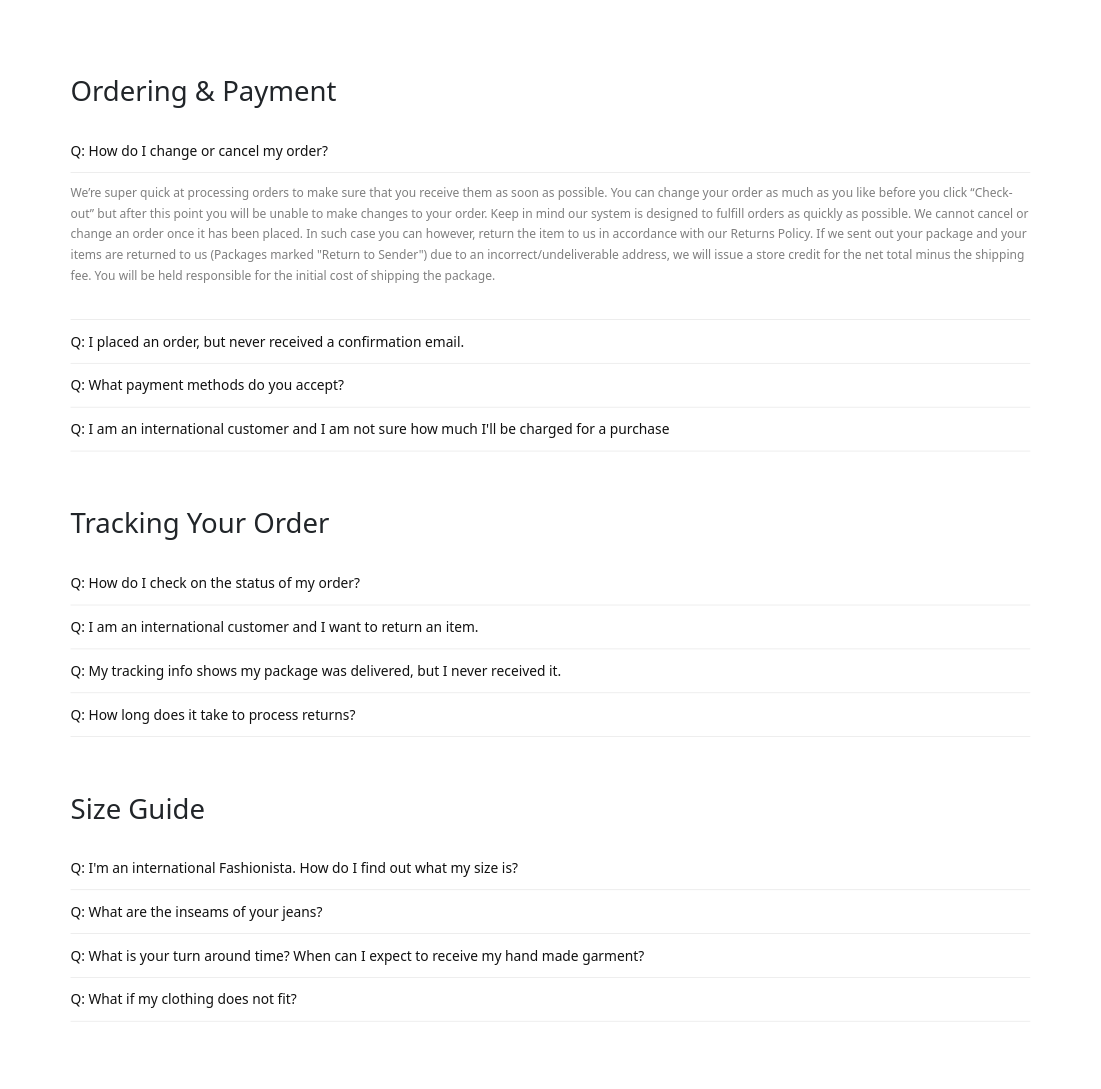
Repository: ST-United-Internship/Modaz-4life
Page: FaQ/FAQ.html
An editor plug-in stored every save of this project. The page is shown before and after the next save, followed by the edit.
The browser window is 1280 px wide. The pictures show the whole page, at 86% of full size.
After loading, the first visible `div.toggle-title` was clicked once.

Above is the page before, as saved 2023-03-22 16:21:03.

### FaQ/FAQ.html
<!DOCTYPE html>
<html lang="en">
<head>
    <meta charset="UTF-8">
    <meta http-equiv="X-UA-Compatible" content="IE=edge">
    <meta name="viewport" content="width=device-width, initial-scale=1.0">
    <link rel="stylesheet" type="text/css" href="FAQ.css" >
    <link href="https://cdn.jsdelivr.net/npm/bootstrap@5.3.0-alpha1/dist/css/bootstrap.min.css" rel="stylesheet" integrity="sha384-GLhlTQ8iRABdZLl6O3oVMWSktQOp6b7In1Zl3/Jr59b6EGGoI1aFkw7cmDA6j6gD" crossorigin="anonymous">
    <title>Document</title>
</head>
<body class="bodi header_sticky header-style-2 has-menu-extra">
   <!-- <div class="boxed">
    <div class="title-page textImg textImg1" style="background-position: 50% 89px;">
        <div class="container">
            <div class="row">
                <div class="col-md-12">
                    <div class="heading-page">
                    <h1 class="title">FAQ</h1>
                    </div>
                    <div class="breadcrumbs">
                    <ul>
                    <li><a href="index.html">Home</a></li>
                    <li><a href="coming-soon.html">Page</a></li>
                    <li><a href="faqs.html">Faq</a></li>
                    </ul>
                    </div>
                    </div>
            </div>
        </div>
    </div>
   </div>

</div> -->
    <div class="boxed">
        <section class="text-row">
            <div class="container">
                <div class="row">
                    <div class="col-md-12">
                        <div class="over-title">
                            <h2>Ordering & Payment</h2>
                        </div>
                        <div class="over-rise">
                            <div class="over-toggle">
                                <div class="toggle-title">Q: How do I change or cancel my order?</div>
                                <div class="toggle-text">
                                    <p>
                                    We’re super quick at processing orders to make sure that you receive them as soon as possible. You can change your order as much as you like before you click “Check- out” but after this point you will be unable to make changes to your order. Keep in mind our system is designed to fulfill orders as quickly as possible. We cannot cancel or change an order once it has been placed. In such case you can however, return the item to us in accordance with our Returns Policy. If we sent out your package and your items are returned to us (Packages marked "Return to Sender") due to an incorrect/undeliverable address, we will issue a store credit for the net total minus the shipping fee. You will be held responsible for the initial cost of shipping the package.
                                    </p>
                                    </div>
                            </div>
                            <div class="over-toggle">
                                <div class="toggle-title ">Q: I placed an order, but never received a confirmation email.</div>
                                <div class="toggle-text" style="display: block;">
                                    <p>
                                        We’re super quick at processing orders to make sure that you receive them as soon as possible. You can change your order as much as you like before you click “Check- out” but after this point you will be unable to make changes to your order. Keep in mind our system is designed to fulfill orders as quickly as possible. We cannot cancel or change an order once it has been placed. In such case you can however, return the item to us in accordance with our Returns Policy. If we sent out your package and your items are returned to us (Packages marked "Return to Sender") due to an incorrect/undeliverable address, we will issue a store credit for the net total minus the shipping fee. You will be held responsible for the initial cost of shipping the package.
                                    </p>
                                </div>
                            </div>
                            <div class="over-toggle">
                                <div class="toggle-title">Q: What payment methods do you accept?</div>
                                <div class="toggle-text" style="display: block;">
                                    <p>
                                        We’re super quick at processing orders to make sure that you receive them as soon as possible. You can change your order as much as you like before you click “Check- out” but after this point you will be unable to make changes to your order. Keep in mind our system is designed to fulfill orders as quickly as possible. We cannot cancel or change an order once it has been placed. In such case you can however, return the item to us in accordance with our Returns Policy. If we sent out your package and your items are returned to us (Packages marked "Return to Sender") due to an incorrect/undeliverable address, we will issue a store credit for the net total minus the shipping fee. You will be held responsible for the initial cost of shipping the package.
                                    </p>
                                </div>
                            </div>
                            <div class="over-toggle">
                                <div class="toggle-title ">Q: I am an international customer and I am not sure how much I'll be charged for a purchase</div>
                                <div class="toggle-text" style="display: block;">
                                    <p>
                                        We’re super quick at processing orders to make sure that you receive them as soon as possible. You can change your order as much as you like before you click “Check- out” but after this point you will be unable to make changes to your order. Keep in mind our system is designed to fulfill orders as quickly as possible. We cannot cancel or change an order once it has been placed. In such case you can however, return the item to us in accordance with our Returns Policy. If we sent out your package and your items are returned to us (Packages marked "Return to Sender") due to an incorrect/undeliverable address, we will issue a store credit for the net total minus the shipping fee. You will be held responsible for the initial cost of shipping the package.
                                    </p>
                                </div>
                            </div>
                        </div>
                    </div>
                </div>
                <div class="loaded"></div>
                <div class="row">
                    <div class="col-md-12">
                        <div class="over-title">
                            <h2>Tracking Your Order</h2>
                        </div>
                        <div class="over-rise">
                            <div class="over-toggle">
                                <div class="toggle-title ">Q: How do I check on the status of my order?</div>
                                <div class="toggle-text" style="display: block;">
                                    <p>
                                        We’re super quick at processing orders to make sure that you receive them as soon as possible. You can change your order as much as you like before you click “Check- out” but after this point you will be unable to make changes to your order. Keep in mind our system is designed to fulfill orders as quickly as possible. We cannot cancel or change an order once it has been placed. In such case you can however, return the item to us in accordance with our Returns Policy. If we sent out your package and your items are returned to us (Packages marked "Return to Sender") due to an incorrect/undeliverable address, we will issue a store credit for the net total minus the shipping fee. You will be held responsible for the initial cost of shipping the package.
                                    </p>
                                </div>
                            </div>
                            <div class="over-toggle">
                                <div class="toggle-title ">Q: I am an international customer and I want to return an item.</div>
                                <div class="toggle-text" style="display: block;">
                                    <p>
                                        We’re super quick at processing orders to make sure that you receive them as soon as possible. You can change your order as much as you like before you click “Check- out” but after this point you will be unable to make changes to your order. Keep in mind our system is designed to fulfill orders as quickly as possible. We cannot cancel or change an order once it has been placed. In such case you can however, return the item to us in accordance with our Returns Policy. If we sent out your package and your items are returned to us (Packages marked "Return to Sender") due to an incorrect/undeliverable address, we will issue a store credit for the net total minus the shipping fee. You will be held responsible for the initial cost of shipping the package.
                                    </p>
                                </div>
                            </div>
                            <div class="over-toggle">
                                <div class="toggle-title ">Q: My tracking info shows my package was delivered, but I never received it.</div>
                                <div class="toggle-text" style="display: block;">
                                    <p>
                                        We’re super quick at processing orders to make sure that you receive them as soon as possible. You can change your order as much as you like before you click “Check- out” but after this point you will be unable to make changes to your order. Keep in mind our system is designed to fulfill orders as quickly as possible. We cannot cancel or change an order once it has been placed. In such case you can however, return the item to us in accordance with our Returns Policy. If we sent out your package and your items are returned to us (Packages marked "Return to Sender") due to an incorrect/undeliverable address, we will issue a store credit for the net total minus the shipping fee. You will be held responsible for the initial cost of shipping the package.
                                    </p>
                                </div>
                            </div>
                            <div class="over-toggle">
                                <div class="toggle-title ">Q: How long does it take to process returns?</div>
                                <div class="toggle-text" style="display: block;">
                                    <p>
                                        We’re super quick at processing orders to make sure that you receive them as soon as possible. You can change your order as much as you like before you click “Check- out” but after this point you will be unable to make changes to your order. Keep in mind our system is designed to fulfill orders as quickly as possible. We cannot cancel or change an order once it has been placed. In such case you can however, return the item to us in accordance with our Returns Policy. If we sent out your package and your items are returned to us (Packages marked "Return to Sender") due to an incorrect/undeliverable address, we will issue a store credit for the net total minus the shipping fee. You will be held responsible for the initial cost of shipping the package.
                                    </p>
                                </div>
                            </div>
                        </div>
                    </div>
                </div>
                <div class="loaded"></div>
                <div class="row">
                    <div class="col-md-12">
                        <div class="over-title">
                            <h2>Size Guide</h2>
                        </div>
                        <div class="over-rise">
                            <div class="over-toggle">
                                <div class="toggle-title">Q: I'm an international Fashionista. How do I find out what my size is?</div>
                                <div class="toggle-text" style="display: block;">
                                    <p>
                                        We’re super quick at processing orders to make sure that you receive them as soon as possible. You can change your order as much as you like before you click “Check- out” but after this point you will be unable to make changes to your order. Keep in mind our system is designed to fulfill orders as quickly as possible. We cannot cancel or change an order once it has been placed. In such case you can however, return the item to us in accordance with our Returns Policy. If we sent out your package and your items are returned to us (Packages marked "Return to Sender") due to an incorrect/undeliverable address, we will issue a store credit for the net total minus the shipping fee. You will be held responsible for the initial cost of shipping the package.
                                    </p>
                                </div>
                            </div>
                            <div class="over-toggle">
                                <div class="toggle-title ">Q: What are the inseams of your jeans?</div>
                                <div class="toggle-text" style="display: block;">
                                    <p>
                                        We’re super quick at processing orders to make sure that you receive them as soon as possible. You can change your order as much as you like before you click “Check- out” but after this point you will be unable to make changes to your order. Keep in mind our system is designed to fulfill orders as quickly as possible. We cannot cancel or change an order once it has been placed. In such case you can however, return the item to us in accordance with our Returns Policy. If we sent out your package and your items are returned to us (Packages marked "Return to Sender") due to an incorrect/undeliverable address, we will issue a store credit for the net total minus the shipping fee. You will be held responsible for the initial cost of shipping the package.
                                    </p>
                                </div>
                            </div>
                            <div class="over-toggle">
                                <div class="toggle-title ">Q: What is your turn around time? When can I expect to receive my hand made garment?</div>
                                <div class="toggle-text" style="display: block;">
                                    <p>
                                        We’re super quick at processing orders to make sure that you receive them as soon as possible. You can change your order as much as you like before you click “Check- out” but after this point you will be unable to make changes to your order. Keep in mind our system is designed to fulfill orders as quickly as possible. We cannot cancel or change an order once it has been placed. In such case you can however, return the item to us in accordance with our Returns Policy. If we sent out your package and your items are returned to us (Packages marked "Return to Sender") due to an incorrect/undeliverable address, we will issue a store credit for the net total minus the shipping fee. You will be held responsible for the initial cost of shipping the package.
                                    </p>
                                </div>
                            </div>
                            <div class="over-toggle">
                                <div class="toggle-title ">Q: What if my clothing does not fit?</div>
                                <div class="toggle-text" style="display: block;">
                                    <p>
                                        We’re super quick at processing orders to make sure that you receive them as soon as possible. You can change your order as much as you like before you click “Check- out” but after this point you will be unable to make changes to your order. Keep in mind our system is designed to fulfill orders as quickly as possible. We cannot cancel or change an order once it has been placed. In such case you can however, return the item to us in accordance with our Returns Policy. If we sent out your package and your items are returned to us (Packages marked "Return to Sender") due to an incorrect/undeliverable address, we will issue a store credit for the net total minus the shipping fee. You will be held responsible for the initial cost of shipping the package.
                                    </p>
                                </div>
                            </div>
                        </div>
                    </div>
                </div>
            </div>
        </section>
    </div>
  <script src="https://cdn.jsdelivr.net/npm/@popperjs/core@2.11.6/dist/umd/popper.min.js" integrity="sha384-oBqDVmMz9ATKxIep9tiCxS/Z9fNfEXiDAYTujMAeBAsjFuCZSmKbSSUnQlmh/jp3" crossorigin="anonymous"></script>
<script src="https://cdn.jsdelivr.net/npm/bootstrap@5.3.0-alpha1/dist/js/bootstrap.min.js" integrity="sha384-mQ93GR66B00ZXjt0YO5KlohRA5SY2XofN4zfuZxLkoj1gXtW8ANNCe9d5Y3eG5eD" crossorigin="anonymous"></script>

<!--javaScript-->
<script
  src="https://code.jquery.com/jquery-1.12.4.js"
  integrity="sha256-Qw82+bXyGq6MydymqBxNPYTaUXXq7c8v3CwiYwLLNXU="
  crossorigin="anonymous"></script>
<!-- <script src="javascript/main.js"></script> -->
<script>
    (function($) {
    var flatAccordion = function() {
      var speed= {duration: 500};
      $('.toggle-text').hide();
      $('.over-rise .toggle-title.active').siblings('.toggle-text').show();

      $('.over-rise .toggle-title').on('click', function(){
        if(!$(this).is('.active')) {
          $(this).closest('.over-rise').find('.toggle-title.active').toggleClass('active').next().slideToggle(speed);
          $(this).toggleClass('active');
          $(this).next().slideToggle(speed);
        }else {
          $(this).toggleClass('active');
          $(this).next().slideToggle(speed);
        }
      });
    };
	$(function() {
      flatAccordion();
   	});
})(jQuery);
</script>



</body>

</html>

### FaQ/FAQ.css

@import "https://fonts.googleapis.com/css?family=Poppins:100,100i,200,200i,300,300i,400,500,600,700|";
@font-face {
    font-family: 'Poppins';
    font-style: italic;
    font-weight: 100;
    src: url(https://fonts.gstatic.com/s/poppins/v20/pxiAyp8kv8JHgFVrJJLmE0tMMPKzSQ.woff2) format('woff2');
}
 body{
    font: 14px/26px "Poppins",sans-serif;
    font-weight: 300;
    background-color: #fff;
    color: #6e6e6e;
 }
.boxed{
    overflow: hidden;
    position: relative;
}
.text-row{
    clear: both;
    display: block;
    position: relative;
    padding: 87px 0 63px 0;
    overflow: hidden;
}

.container{
    position: relative;
    margin: 0 auto;
}

.loaded{
    clear: both;
    display: block;
    height: 49px;
}

.over-title{
    margin-bottom: 40px;
}

h2{
    font-size: 24px;
    line-height: 30px;
    color: #252525;
}

.over-rise .over-toggle{
    margin-bottom: 15px;
}

.over-rise .over-toggle .toggle-title{
    font-size: 16px;
    line-height: 20px;
    font-weight: 400;
    color: #111;
    border-bottom: 1px solid #ebebeb;
    padding-bottom: 15px;
    margin-bottom: 11px;
    cursor: pointer;
}

.over-rise .over-toggle .toggle-text{
    border-bottom: 1px solid #ebebeb;
    padding-bottom: 14px;
}

.over-rise .over-toggle .toggle-text p{
    line-height: 24px;
    margin-bottom: 25px;
    font-size: 14px;
    filter: contrast(1%);
    font-family: ;
}

After the next save:
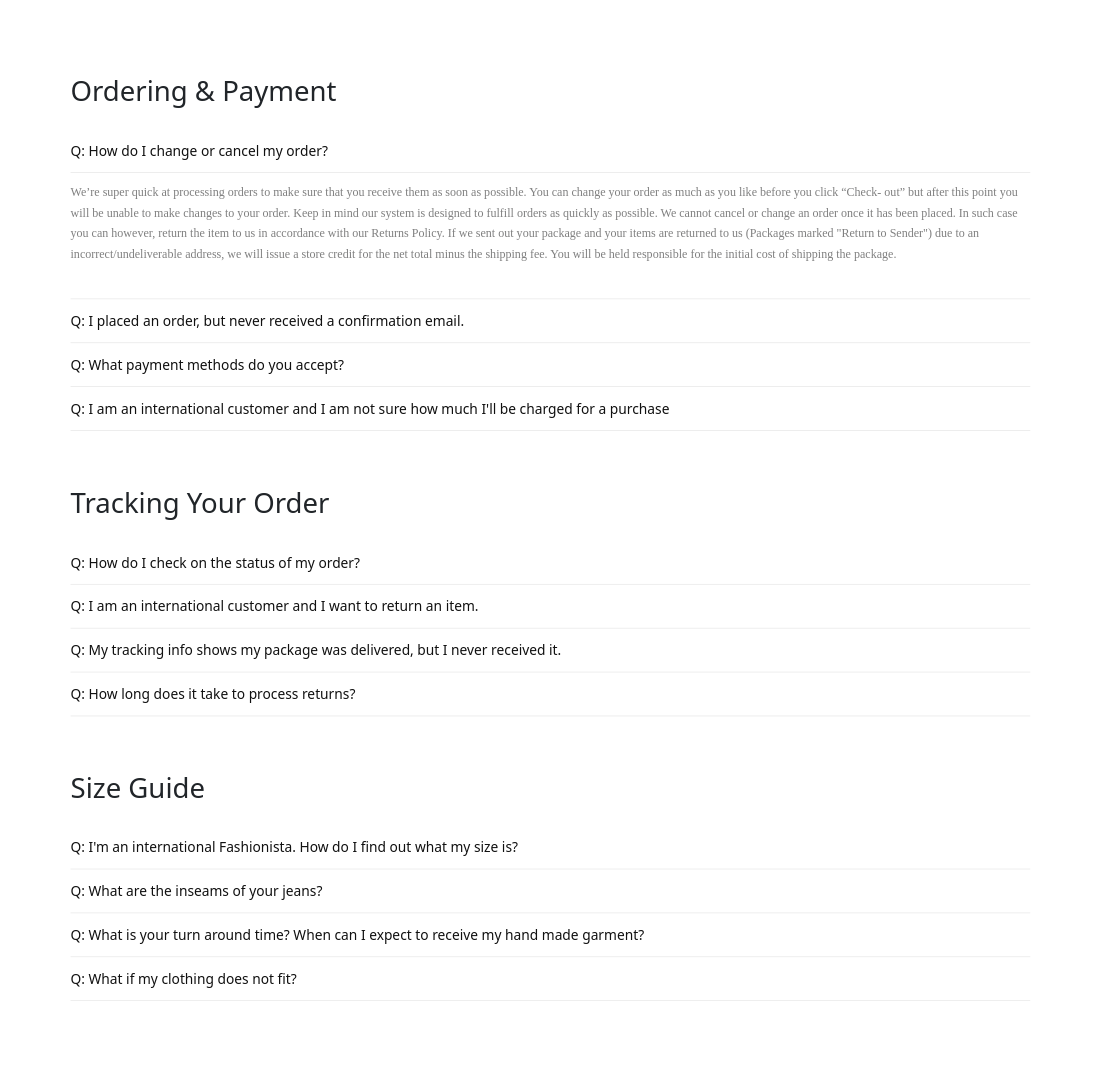
Saved 18 s later.
--- a/FaQ/FAQ.css
+++ b/FaQ/FAQ.css
@@ -70,5 +70,5 @@ h2{
     margin-bottom: 25px;
     font-size: 14px;
     filter: contrast(1%);
-    font-family: ;
+    font-family: '';
 }
